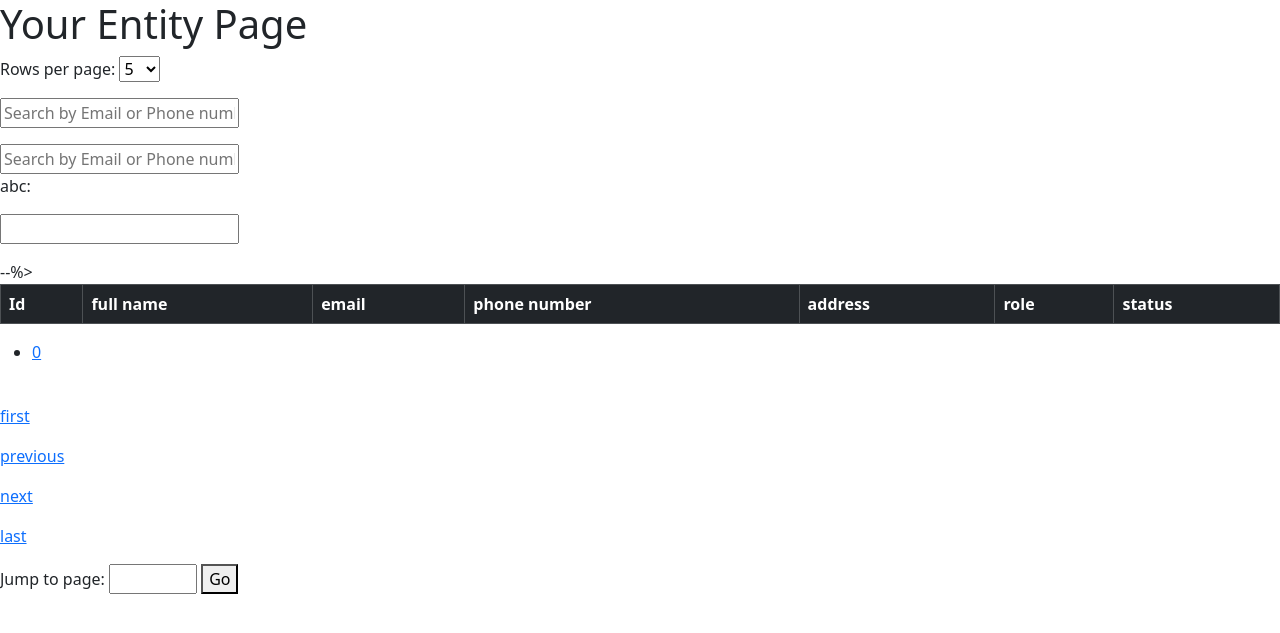
Repository: haitmq97/java-lab
Page: http://localhost/PRJ321x_Project1_haitmqfx22585/WEB-INF/views/page-list.jsp
These files come from the project's save history. The page is drawn as it stood at one moment and after the next save; the edit follows.
The browser window is 1280 px wide. The pictures show the whole page.
The page is served by Tomcat 9. Nobody is signed in. The template is opened directly, without the code that normally fills it, so the values that code supplies are empty.

Above is the page before, as saved 2024-01-14 09:30:09.

After the next save:
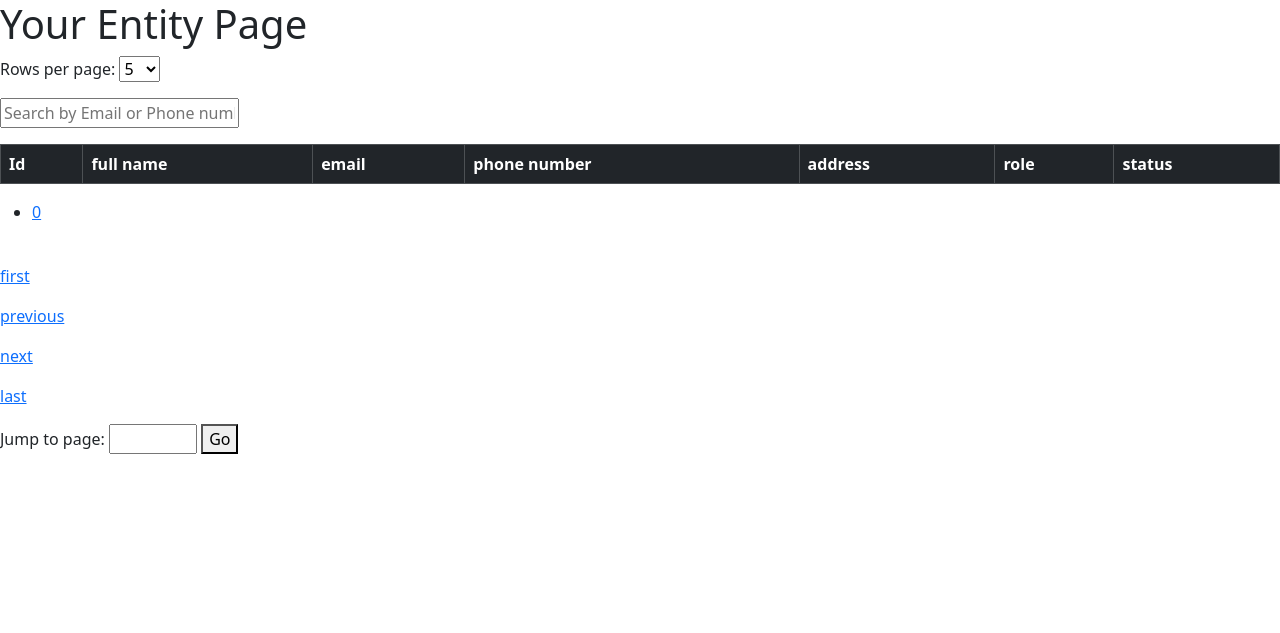
Saved 6 s later.
--- a/PRJ321x_Project1_haitmqfx22585/WebContent/WEB-INF/views/page-list.jsp
+++ b/PRJ321x_Project1_haitmqfx22585/WebContent/WEB-INF/views/page-list.jsp
@@ -43,7 +43,7 @@
 	</form>
 
 
-
+	<%--
 	<form action="" method="get">
 		<input type="text" name="searchInput"
 			placeholder="Search by Email or Phone number"
